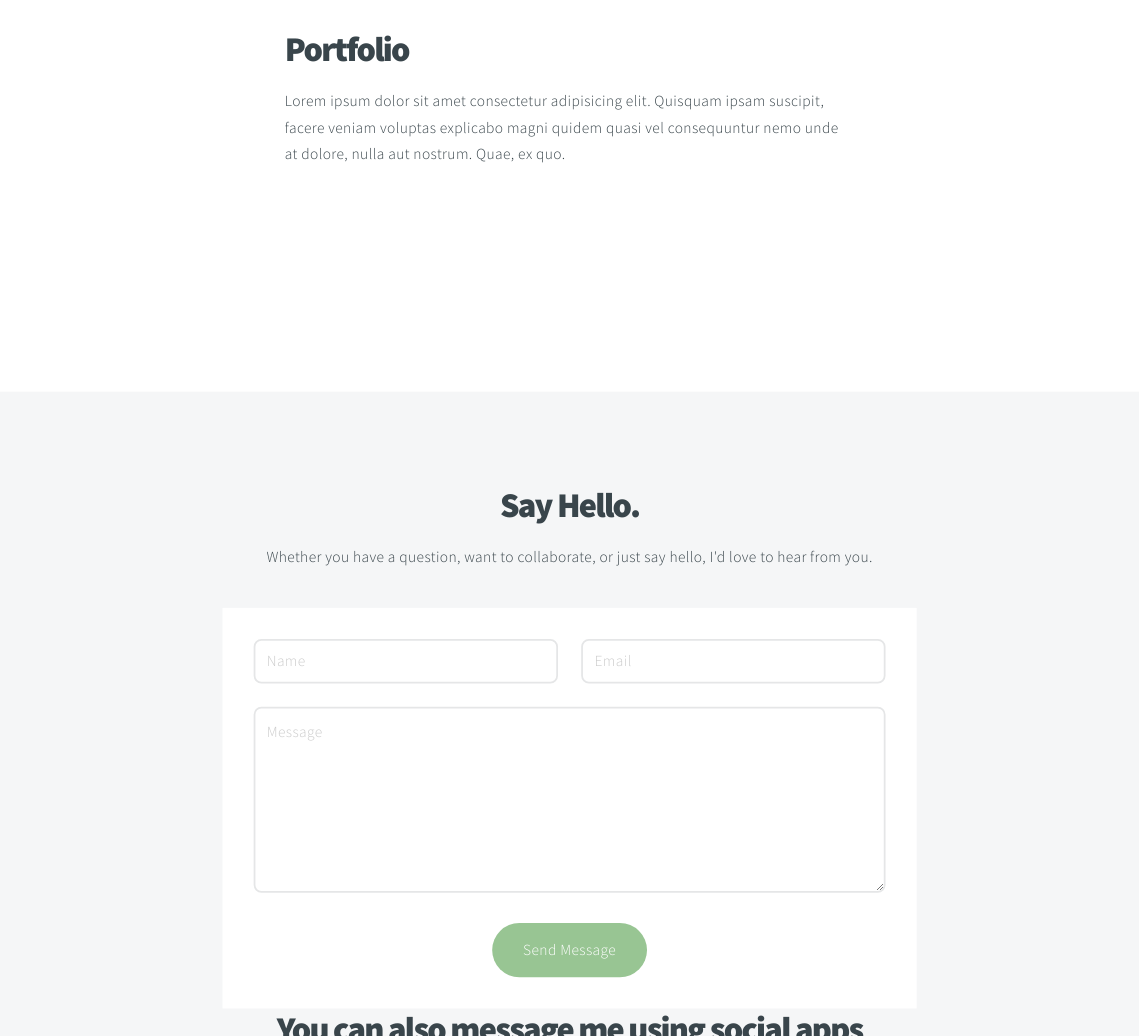
Repository: mauriciopazpp/mauriciopazpp.github.io
Page: index.html
These files come from the project's save history. The page is drawn as it stood at one moment and after the next save; the edit follows.
The browser window is 1280 px wide. The pictures show the part of the page from y = 5336 to 6500 px (the page is 6868 px tall before and 6893 px after), at 89% of full size.
A picture or video elsewhere on the page could not be fetched, so the positions and the page height are approximate. Backgrounds fixed to the window are drawn as part of the page.

Above is the page before, as saved 2024-03-05 22:52:44.
Console error: TypeError: Cannot set properties of undefined (setting 'windowMargin')

After the next save:
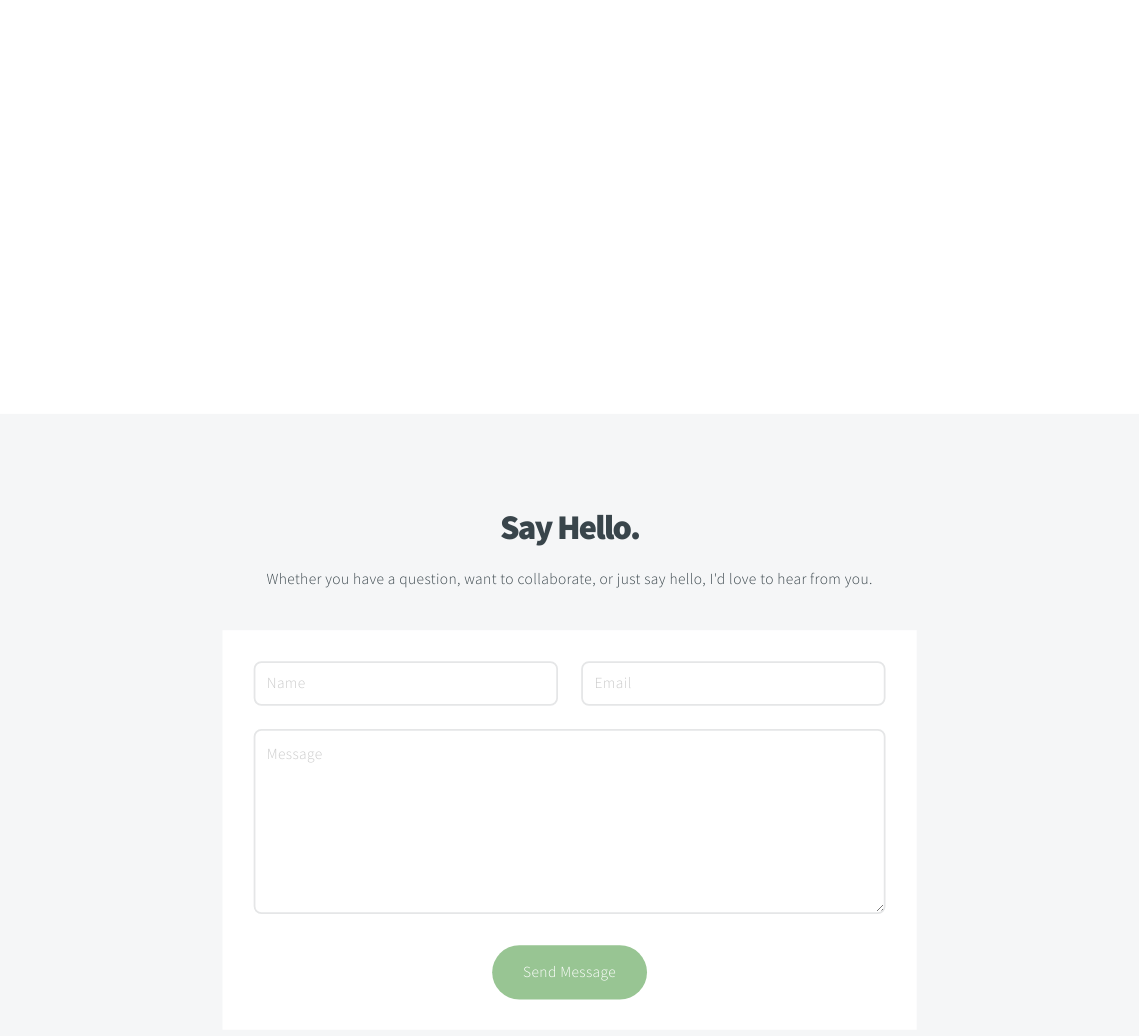
Saved 5 s later.
--- a/index.html
+++ b/index.html
@@ -203,7 +203,7 @@
 			</section>
 
 		<!-- Portfolio -->
-		<section id="portfolio" class="main style2 primary">
+		<section id="portfolio" class="main style1 primary">
 			<div class="content">
 				<header>
 					<h2>Portfolio</h2>
